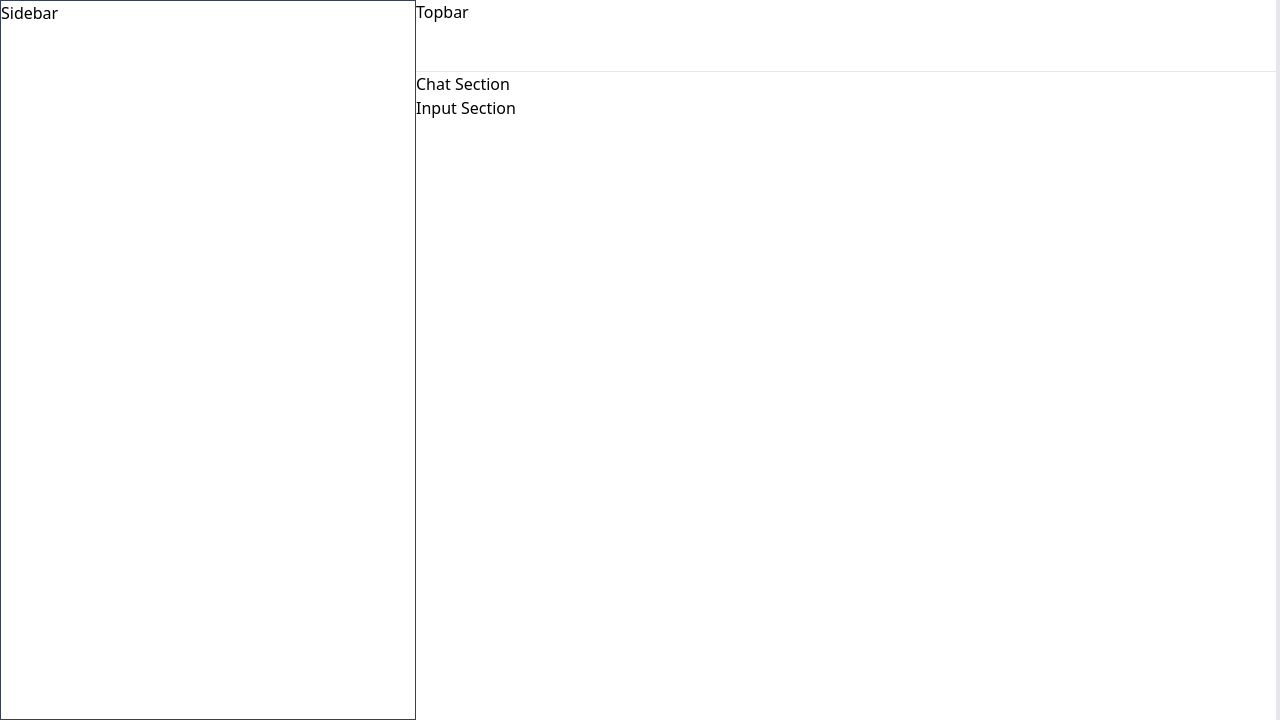
Repository: Qu4ntumGuy/telegram-clone
Page: /
The author's editor kept a copy of each file at every save. The page is drawn from the files as they stood at one save, then again after the next save.
The browser window is 1280 px wide. The pictures show the whole page.
The project was rebuilt for these pictures with package versions that can differ from the ones it lists, and the page was loaded fresh each time. Also part of the build but not shown: src/Utils/ContextProvider.js.

Above is the page before, as saved 2024-07-15 11:02:05.

After the next save:
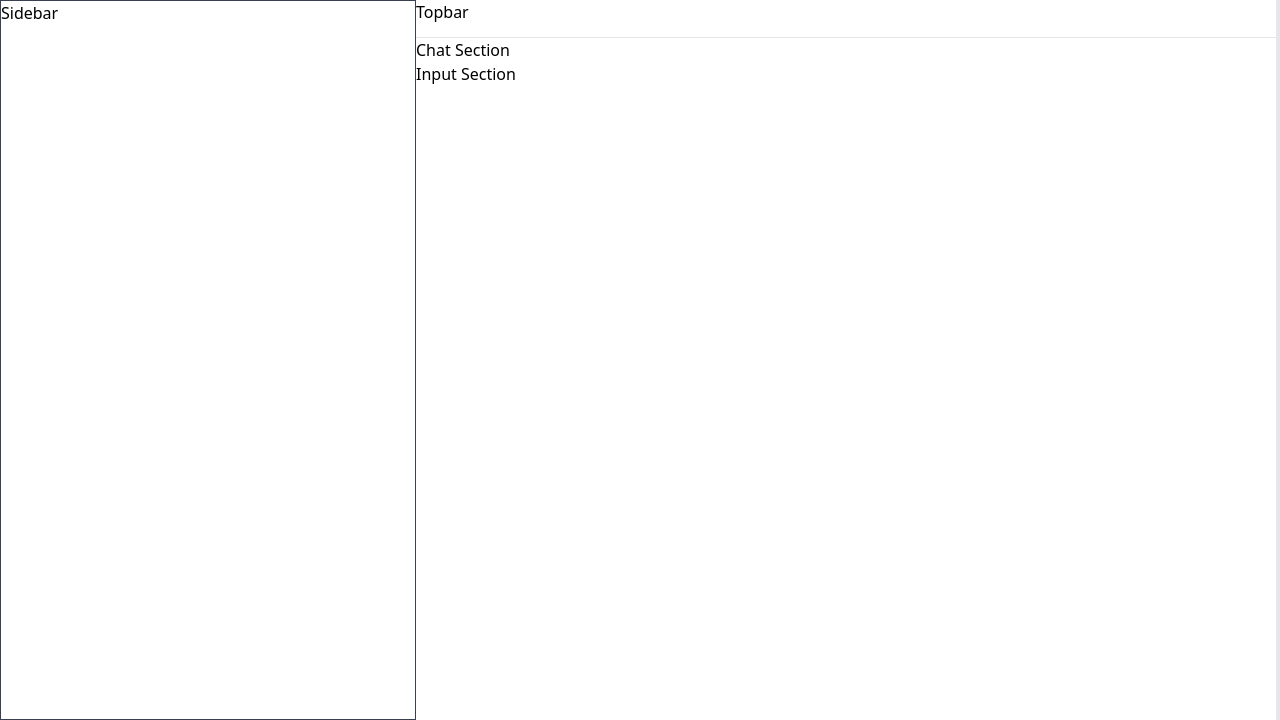
Saved 11 s later.
--- a/src/Pages/Home/Home.js
+++ b/src/Pages/Home/Home.js
@@ -3,7 +3,7 @@ import React from "react";
 function Home() {
   return (
     <div className="flex flex-col justify-center h-screen border-r-4 w-full">
-      <div className="top-0 mb-auto h-20 border-b">Topbar</div>
+      <div className="top-0 mb-auto h-10 border-b">Topbar</div>
       <div className="h-full">
         <div className="">Chat Section</div>
         <div className="bottom-0 mt-auto">Input Section</div>
